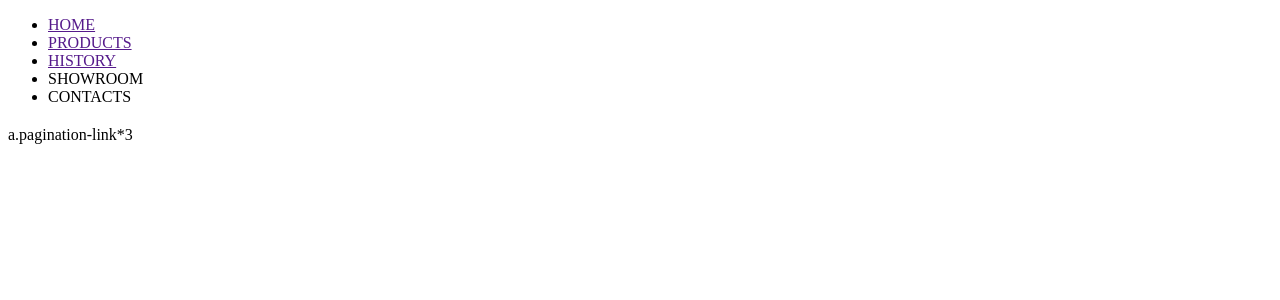
Repository: JaleAliyeva19/interior
Page: index.html
The author's editor kept a copy of each file at every save. The page is drawn from the files as they stood at one save, then again after the next save.
The browser window is 1280 px wide. The pictures show the whole page.

Above is the page before, as saved 2022-09-06 05:18:34.

After the next save:
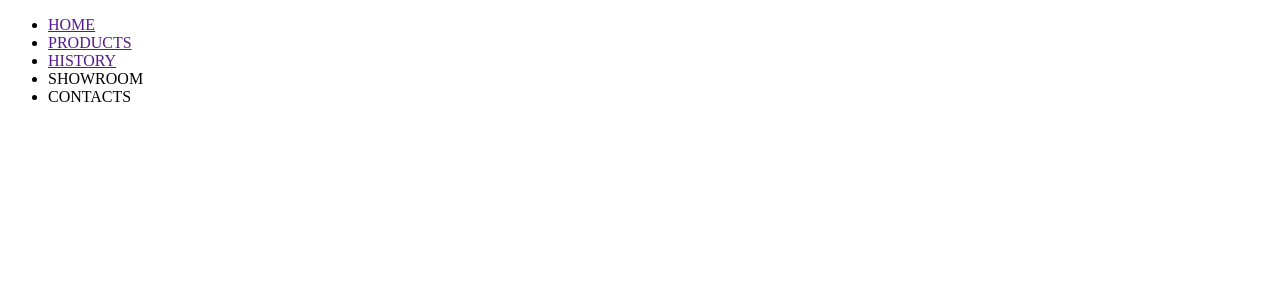
Saved 4 s later.
--- a/index.html
+++ b/index.html
@@ -27,7 +27,7 @@
     <a href="" class="button"></a>
    </div>
    <div class="pagination">
-    a.pagination-link*3
+    <a href="" class="pagination-link"></a><a href="" class="pagination-link"></a><a href="" class="pagination-link"></a>
    </div>
   </div>
 
